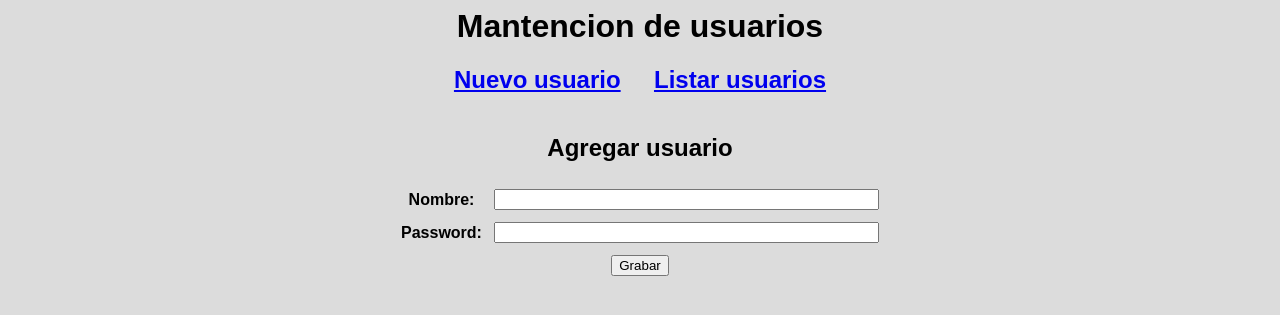
Repository: miguelalvarezcl/examen
Page: http://localhost/CtaCorriente/new
These files come from the project's save history. The page is drawn as it stood at one moment and after the next save; the edit follows.
The browser window is 1280 px wide. The pictures show the whole page.
The page is served by Tomcat 9. Other server files are loaded and not shown.

Above is the page before, as saved 2021-11-13 02:01:37.

### CtaCorriente/WebContent/FormularioUsuario.jsp
<%@ page language="java" contentType="text/html; charset=UTF-8"
    pageEncoding="UTF-8"%>
<%@ taglib uri = "http://java.sun.com/jsp/jstl/core" prefix = "c" %>
<html>
<head>
    <title>:::... Registro de Usuarios ...:::</title>
</head>
<body>

    <center>
        <h1>Mantencion de usuarios</h1>
        <h2>
            <a href="/CtaCorriente/new">Nuevo usuario</a>
            &nbsp;&nbsp;&nbsp;
            <a href="/CtaCorriente/list">Listar usuarios</a>

        </h2>
    </center>
    <div align="center">
        <c:if test="${usuariobd != null}">
            <form action="update" method="post">
        </c:if>
        <c:if test="${usuariobd == null}">
            <form action="insert" method="post">
        </c:if>
        <table border="0" cellpadding="5">
            <caption>
                <h2>
                    <c:if test="${usuariobd != null}">
                        Editar usuario
                    </c:if>
                    <c:if test="${usuariobd == null}">
                        Agregar usuario
                    </c:if>
                </h2>
            </caption>
                <c:if test="${usuariobd != null}">
                    <input type="hidden" name="id" value="${usuariobd.id}" />
                </c:if>
            <tr>
                <th>Nombre: </th>
                <td>
                    <input type="text" name="nombreusuario" size="45"
                            value="${usuariobd.nombreusuario}"
                        />
                </td>
            </tr>
            <tr>
                <th>Password: </th>
                <td>
                    <input type="text" name="password" size="45"
                            value="${usuariobd.password}"
                    />
                </td>
            </tr>

            <tr>
                <td colspan="2" align="center">
                    <input type="submit" value="Grabar" />
                </td>
            </tr>
        </table>
        </form>
    </div>
</body>
</html>

<style>
body{
	font-family: arial, helvetica;
	background: #DCDCDC;
}
</style>

### CtaCorriente/src/com/platinum/ControllerServlet.java
package com.platinum;

import java.io.IOException;
import java.sql.SQLException;
import java.util.List;

import javax.servlet.RequestDispatcher;
import javax.servlet.ServletException;
import javax.servlet.http.HttpServlet;
import javax.servlet.http.HttpServletRequest;
import javax.servlet.http.HttpServletResponse;


public class ControllerServlet extends HttpServlet {
    private static final long serialVersionUID = 1L;
    private UsuariobdDAO usuariobdDAO;
    private PersonabdDAO personabdDAO;
    private CuentabdDAO cuentabdDAO;
    private TransferenciaDAO transferenciaDAO;

    public void init() {
        String jdbcURL = getServletContext().getInitParameter("jdbcURL");
        String jdbcUsername = getServletContext().getInitParameter("jdbcUsername");
        String jdbcPassword = getServletContext().getInitParameter("jdbcPassword");

        usuariobdDAO = new UsuariobdDAO(jdbcURL, jdbcUsername, jdbcPassword);
        personabdDAO = new PersonabdDAO(jdbcURL, jdbcUsername, jdbcPassword);
        cuentabdDAO = new CuentabdDAO(jdbcURL, jdbcUsername, jdbcPassword);
        transferenciaDAO = new TransferenciaDAO(jdbcURL, jdbcUsername, jdbcPassword);

    }

    protected void doPost(HttpServletRequest request, HttpServletResponse response)
            throws ServletException, IOException {
        doGet(request, response);
    }

    protected void doGet(HttpServletRequest request, HttpServletResponse response)
            throws ServletException, IOException {
        String action = request.getServletPath();

        try {
            switch (action) {
            case "/new":
                showNewForm(request, response);
                break;
            case "/newpersona":
                showNewFormPersona(request, response);
                break;

            case "/newcuenta":
                showNewFormCuenta(request, response);
                break;

            case "/newtransferencia":
                showNewFormTransferencia(request, response);
                break;

            case "/insert":
                insertUsuariobd(request, response);
                break;

            case "/insertpersona":
                insertPersonabd(request, response);
                break;

            case "/insertcuenta":
                insertCuentabd(request, response);
                break;

            case "/inserttransferencia":
                insertTransferencia(request, response);
                break;
            case "/deletecuenta":
                deleteCuentabd(request, response);
                break;

            case "/deletepersona":
                deletePersonabd(request, response);
                break;
            case "/delete":
                deleteUsuariobd(request, response);
                break;
            case "/editpersona":
                showEditFormPersona(request, response);
                break;

            case "/editcuenta":
                showEditFormCuenta(request, response);
                break;

            case "/edit":
                showEditForm(request, response);
                break;
            case "/update":
                updateUsuariobd(request, response);
                break;
            case "/updatepersona":
                updatePersonabd(request, response);
                break;

            case "/updatecuenta":
                updateCuentabd(request, response);
                break;


            case "/listPersonabd":
            	listPersonabd(request, response);
                break;

            case "/listCuentabd":
            	//System.out.println("1");
            	listCuentabd(request, response);
                break;
            case "/listTransferencia":
            	listTransferencia(request, response);
                break;
            default:
                listUsuariobd(request, response);
                break;
            }
        } catch (SQLException ex) {
            throw new ServletException(ex);
        }
    }



    private void listTransferencia(HttpServletRequest request, HttpServletResponse response)
            throws SQLException, IOException, ServletException {


        List<Transferencia> listTransferencia = transferenciaDAO.listAllTransferencia();

        request.setAttribute("listTransferencia", listTransferencia);
        RequestDispatcher dispatcher = request.getRequestDispatcher("ListaTransferencia.jsp");
        dispatcher.forward(request, response);
    }

    private void listCuentabd(HttpServletRequest request, HttpServletResponse response)
            throws SQLException, IOException, ServletException {


        List<Cuentabd> listCuentabd = cuentabdDAO.listAllCuentabd();

        request.setAttribute("listCuentabd", listCuentabd);
        RequestDispatcher dispatcher = request.getRequestDispatcher("ListaCuentas.jsp");
        dispatcher.forward(request, response);
    }

    private void listPersonabd(HttpServletRequest request, HttpServletResponse response)
            throws SQLException, IOException, ServletException {

        List<Personabd> listPersonabd = personabdDAO.listAllPersonabd();

        request.setAttribute("listPersonabd", listPersonabd);
        RequestDispatcher dispatcher = request.getRequestDispatcher("ListaPersonas.jsp");
        dispatcher.forward(request, response);
    }

    private void listUsuariobd(HttpServletRequest request, HttpServletResponse response)
            throws SQLException, IOException, ServletException {
        List<Usuariobd> listUsuariobd = usuariobdDAO.listAllUsuariosbd();
        request.setAttribute("listUsuariobd", listUsuariobd);
        RequestDispatcher dispatcher = request.getRequestDispatcher("ListaUsuarios.jsp");
        dispatcher.forward(request, response);
    }


    private void showNewForm(HttpServletRequest request, HttpServletResponse response)
            throws ServletException, IOException {
        RequestDispatcher dispatcher = request.getRequestDispatcher("FormularioUsuario.jsp");
        dispatcher.forward(request, response);
    }

    private void showNewFormPersona(HttpServletRequest request, HttpServletResponse response)
            throws ServletException, IOException {
        RequestDispatcher dispatcher = request.getRequestDispatcher("FormularioPersona.jsp");
        dispatcher.forward(request, response);
    }

    private void showNewFormCuenta(HttpServletRequest request, HttpServletResponse response)
            throws ServletException, IOException {
        RequestDispatcher dispatcher = request.getRequestDispatcher("FormularioCuenta.jsp");
        dispatcher.forward(request, response);
    }

    private void showNewFormTransferencia(HttpServletRequest request, HttpServletResponse response)
            throws ServletException, IOException {
        RequestDispatcher dispatcher = request.getRequestDispatcher("FormularioTransferencia.jsp");
        dispatcher.forward(request, response);
    }


    private void showEditForm(HttpServletRequest request, HttpServletResponse response)
            throws SQLException, ServletException, IOException {
        int id = Integer.parseInt(request.getParameter("id"));
        Usuariobd existingUsuariobd = usuariobdDAO.getUsuariobd(id);
        RequestDispatcher dispatcher = request.getRequestDispatcher("FormularioUsuario.jsp");
        request.setAttribute("usuariobd", existingUsuariobd);
        dispatcher.forward(request, response);

    }

    private void showEditFormPersona(HttpServletRequest request, HttpServletResponse response)
            throws SQLException, ServletException, IOException {
        String rut = request.getParameter("rut");
        Personabd existingPersonabd = personabdDAO.getPersonabd(rut);
        RequestDispatcher dispatcher = request.getRequestDispatcher("FormularioPersona.jsp");
        request.setAttribute("personabd", existingPersonabd);
        dispatcher.forward(request, response);


    }

    private void showEditFormCuenta(HttpServletRequest request, HttpServletResponse response)
            throws SQLException, ServletException, IOException {
        int id = Integer.parseInt(request.getParameter("id"));
        Cuentabd existingCuentabd = cuentabdDAO.getCuentabd(id);
        RequestDispatcher dispatcher = request.getRequestDispatcher("FormularioCuenta.jsp");
        request.setAttribute("cuentabd", existingCuentabd);
        dispatcher.forward(request, response);


    }

    private void insertUsuariobd(HttpServletRequest request, HttpServletResponse response)
            throws SQLException, IOException {
        String nombreusuario = request.getParameter("nombreusuario");
        String password = request.getParameter("password");


        Usuariobd newUsuariobd = new Usuariobd(nombreusuario, password);
        usuariobdDAO.insertUsuariobd(newUsuariobd);
        response.sendRedirect("list");
    }

    private void insertPersonabd(HttpServletRequest request, HttpServletResponse response)
            throws SQLException, IOException {
    	String rut = request.getParameter("rut");
        String nombre = request.getParameter("nombre");
        String apellido = request.getParameter("apellido");
        String direccion = request.getParameter("direccion");
        String correo = request.getParameter("correo");
        String telefono = request.getParameter("telefono");

        Personabd newPersonabd = new Personabd(rut,nombre, apellido,direccion,correo,telefono);
        personabdDAO.insertPersonabd(newPersonabd);
        response.sendRedirect("listPersonabd");
    }

    private void insertTransferencia(HttpServletRequest request, HttpServletResponse response)
            throws SQLException, IOException {
        String rutpersona = request.getParameter("rutpersona");
        int idusuario = Integer.parseInt(request.getParameter("idusuario"));
        int idcuenta = Integer.parseInt(request.getParameter("idcuenta"));
        int montotransferencia = Integer.parseInt(request.getParameter("montotransferencia"));
        int cuentatransferencia = Integer.parseInt(request.getParameter("cuentatransferencia"));
        String tipocuenta = request.getParameter("tipocuenta");

        Transferencia newTransferencia = new Transferencia(rutpersona, idusuario,idcuenta,montotransferencia,cuentatransferencia,tipocuenta);
        transferenciaDAO.insertTransferencia(newTransferencia);
        response.sendRedirect("listTransferencia");
    }

    private void insertCuentabd(HttpServletRequest request, HttpServletResponse response)
            throws SQLException, IOException {
        String rutcliente = request.getParameter("rutcliente");
        String monto = request.getParameter("monto");
        String ejecutivo = request.getParameter("ejecutivo");

        Cuentabd newCuentabd = new Cuentabd(rutcliente, monto,ejecutivo);
        cuentabdDAO.insertCuentabd(newCuentabd);
        response.sendRedirect("listCuentabd");
    }


    private void updatePersonabd(HttpServletRequest request, HttpServletResponse response)
            throws SQLException, IOException {
        String rut = request.getParameter("rut");
        String nombre = request.getParameter("nombre");
        String apellido = request.getParameter("apellido");
        String direccion = request.getParameter("direccion");
        String correo = request.getParameter("correo");
        String telefono = request.getParameter("telefono");


        Personabd personabd = new Personabd(rut, nombre, apellido,direccion,correo,telefono);
        personabdDAO.updatePersonabd(personabd);
        response.sendRedirect("listPersonabd");
    }


    private void updateCuentabd(HttpServletRequest request, HttpServletResponse response)
            throws SQLException, IOException {
    	System.out.println("paso");

        String rutcliente = request.getParameter("rutcliente");
        String monto = request.getParameter("monto");
        String ejecutivo = request.getParameter("ejecutivo");
        int id = Integer.parseInt(request.getParameter("id"));
        Cuentabd cuentabd = new Cuentabd(id, rutcliente, monto , ejecutivo);
        System.out.println("paso2");
        cuentabdDAO.updateCuentabd(cuentabd);
        response.sendRedirect("listCuentabd");
    }


    private void updateUsuariobd(HttpServletRequest request, HttpServletResponse response)
            throws SQLException, IOException {
        int id = Integer.parseInt(request.getParameter("id"));
        String nombreusuario = request.getParameter("nombreusuario");
        String password = request.getParameter("password");


        Usuariobd usuariobd = new Usuariobd(id, nombreusuario, password);
        usuariobdDAO.updateUsuariobd(usuariobd);
        response.sendRedirect("list");
    }

    private void deleteUsuariobd(HttpServletRequest request, HttpServletResponse response)
            throws SQLException, IOException {
        int id = Integer.parseInt(request.getParameter("id"));

        Usuariobd usuariobd = new Usuariobd(id);
        usuariobdDAO.deleteUsuariobd(usuariobd);
        response.sendRedirect("list");

    }

    private void deletePersonabd(HttpServletRequest request, HttpServletResponse response)
            throws SQLException, IOException {
        String rut = request.getParameter("rut");

        Personabd personabd = new Personabd(rut);
        personabdDAO.deletePersonabd(personabd);
        response.sendRedirect("listPersonabd");
    }


    private void deleteCuentabd(HttpServletRequest request, HttpServletResponse response)
            throws SQLException, IOException {
        int id = Integer.parseInt(request.getParameter("id"));

        Cuentabd cuentabd = new Cuentabd(id);
        cuentabdDAO.deleteCuentabd(cuentabd);
        response.sendRedirect("listCuentabd");
    }



}

After the next save:
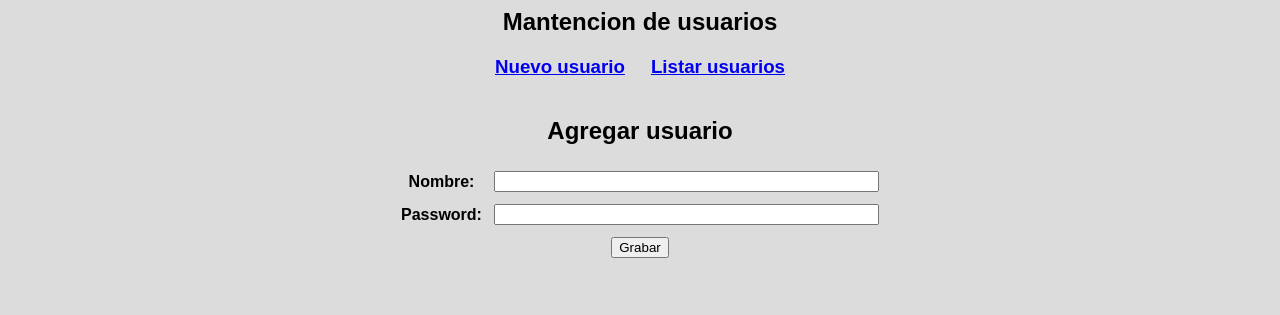
Saved 17 s later.
--- a/CtaCorriente/WebContent/FormularioUsuario.jsp
+++ b/CtaCorriente/WebContent/FormularioUsuario.jsp
@@ -8,13 +8,13 @@
 <body>
 
     <center>
-        <h1>Mantencion de usuarios</h1>
-        <h2>
+        <h2>Mantencion de usuarios</h2>
+        <h3>
             <a href="/CtaCorriente/new">Nuevo usuario</a>
             &nbsp;&nbsp;&nbsp;
             <a href="/CtaCorriente/list">Listar usuarios</a>
 
-        </h2>
+        </h3>
     </center>
     <div align="center">
         <c:if test="${usuariobd != null}">
